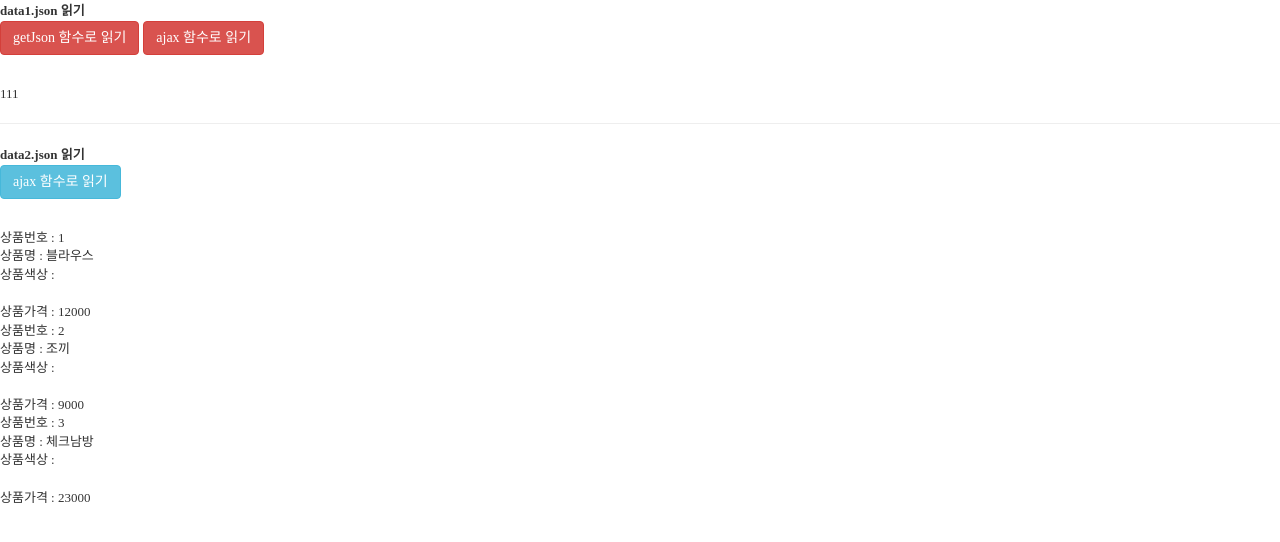
Repository: Juheekim1207/Javawork
Page: WebProjectEx1/src/main/webapp/day0419/Ex1ReadJson.html
An editor plug-in stored every save of this project. The page is shown before and after the next save, followed by the edit.
The browser window is 1280 px wide. The pictures show the whole page.
After loading, the first visible `#btn3` was clicked once.
Some web fonts or font styles are not loaded; a fallback is used.

Above is the page before, as saved 2022-04-19 05:14:00.

After the next save:
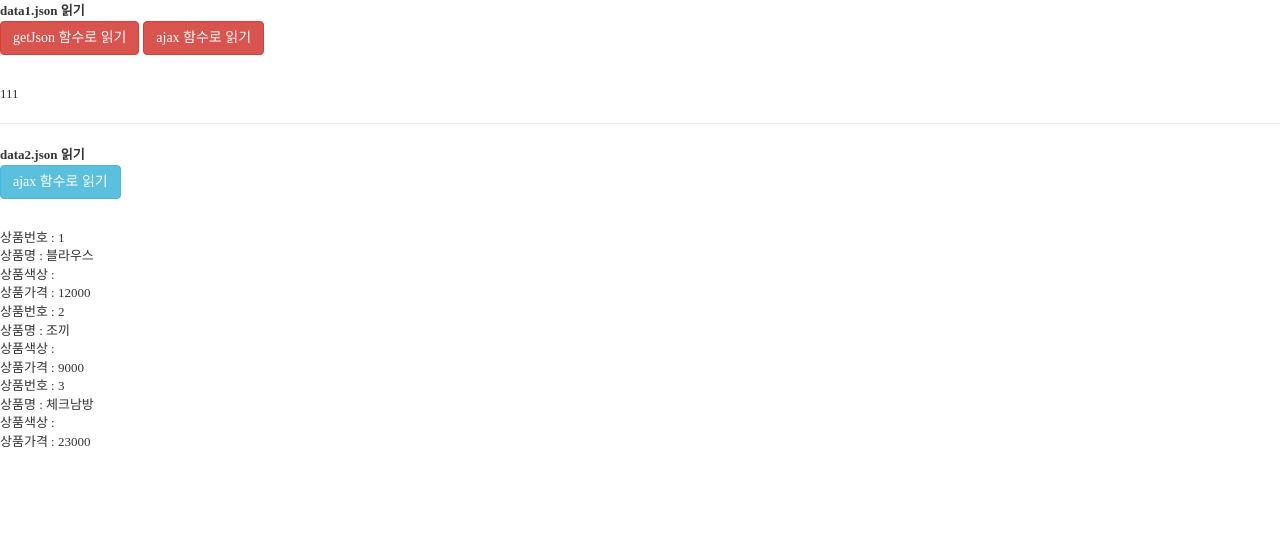
Saved 17 s later.
--- a/WebProjectEx1/src/main/webapp/day0419/Ex1ReadJson.html
+++ b/WebProjectEx1/src/main/webapp/day0419/Ex1ReadJson.html
@@ -48,7 +48,7 @@
 						s += "<div class='shop'>";
 						s += "상품번호 : " + (i+1) + "<br>";
 						s += "상품명 : " + elt.sangpum + "<br>";
-						s += "상품색상 : <div style='background-color:'" + elt.color + ";'><br>";
+						s += "상품색상 : <div style='background-color:'" + elt.color + ";'></div>";
 						s += "상품가격 : " + elt.price;
 						s += "</div>";
 
